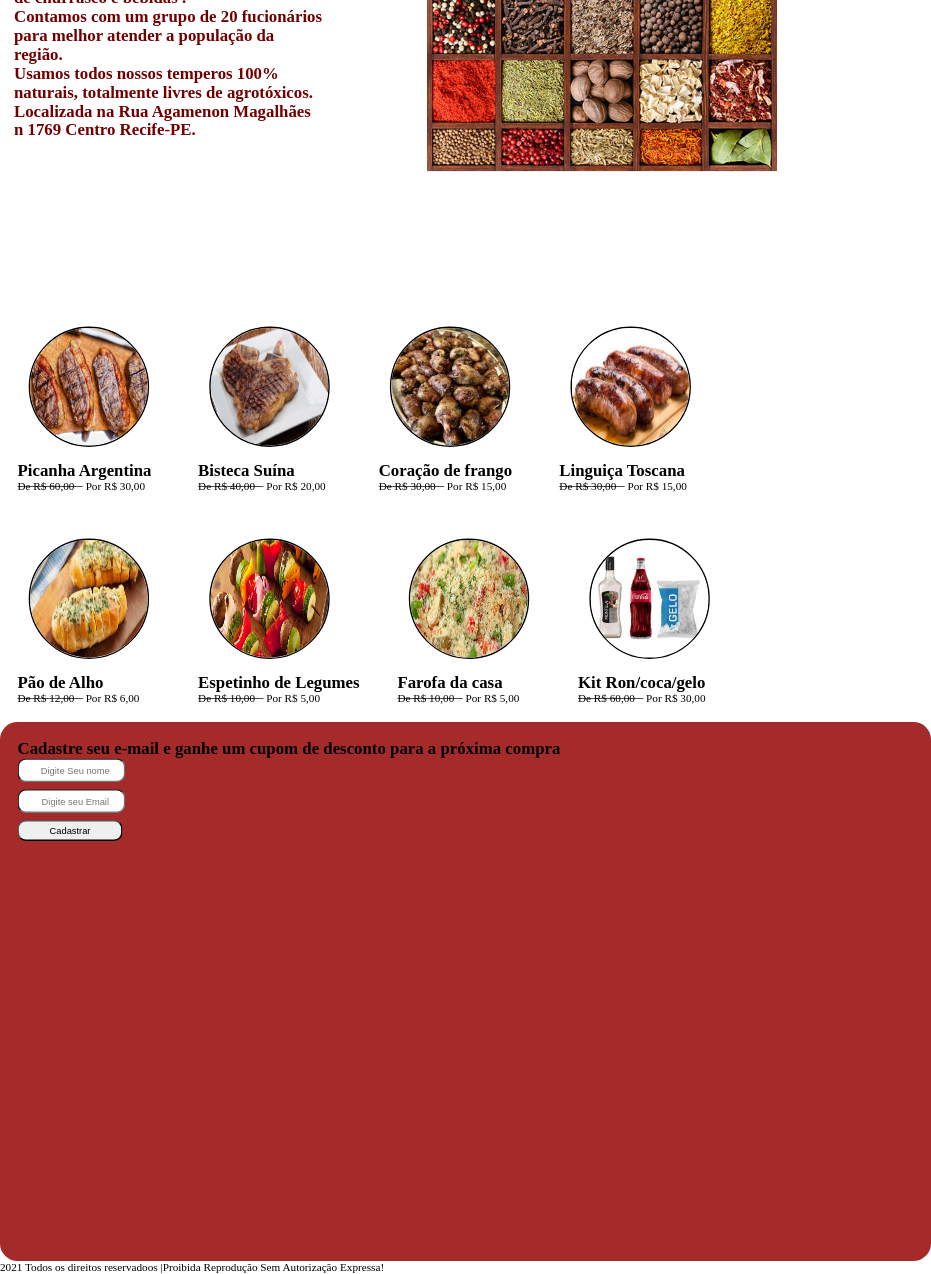
Repository: PauloMarquess/ProjetoBlackFriday
Page: index.html
An editor plug-in stored every save of this project. The page is shown before and after the next save, followed by the edit.
The browser window is 1280 px wide. The page is 1330 px wide, so the pictures cover 1330 px, including what lies to the right of the window. The pictures show the part of the page from y = 968 to 2808 px (the page is 2788 px tall before and 2808 px after), at 70% of full size.

Above is the page before, as saved 2021-07-15 19:56:49.

After the next save:
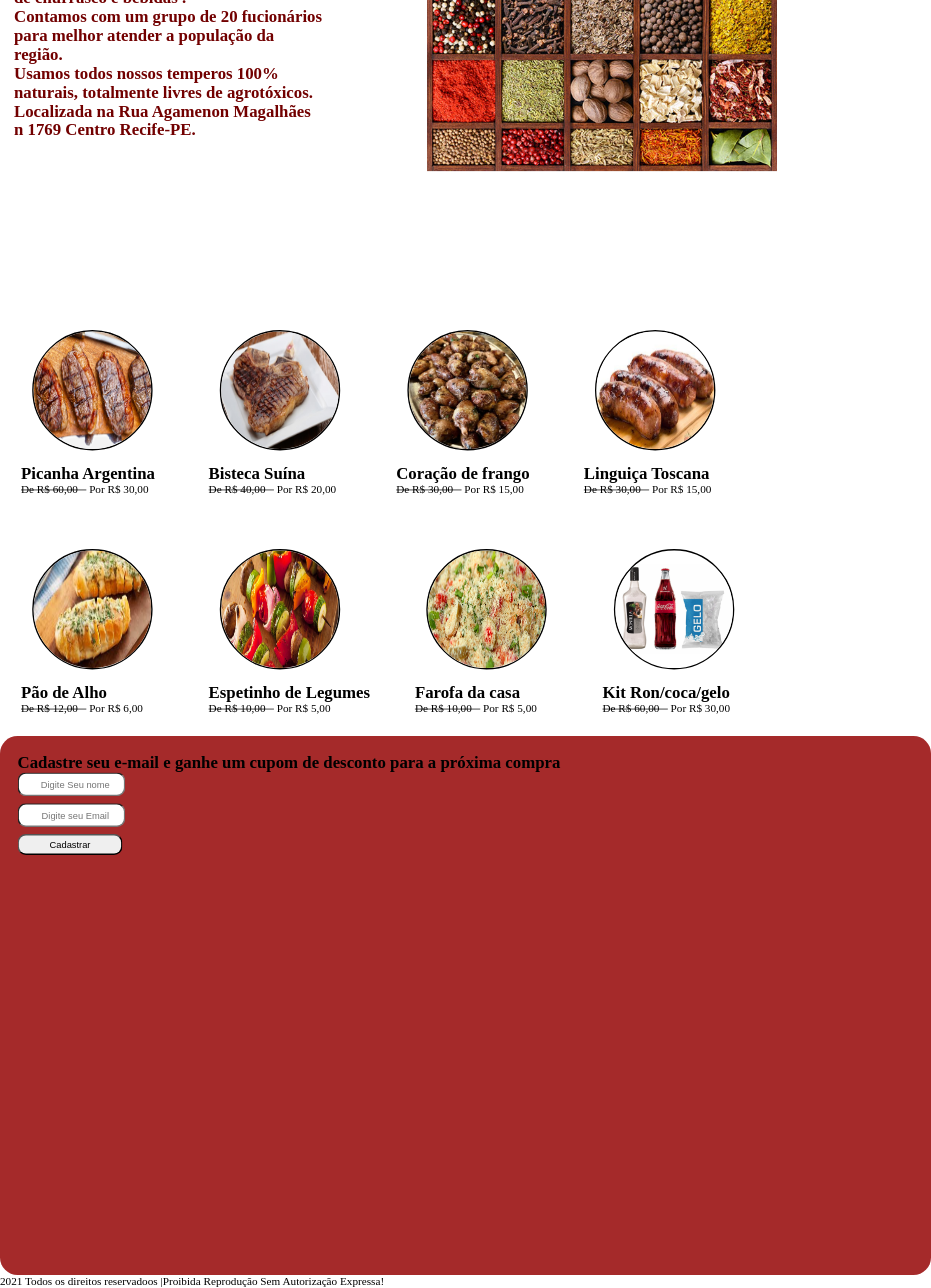
Saved 9 s later.
--- a/css/style.css
+++ b/css/style.css
@@ -82,7 +82,7 @@
 .container-card #produtos .card {
     display:inline-block;
     align-items: center;
-    margin: 25px;
+    margin: 30px;
 
 
   }
